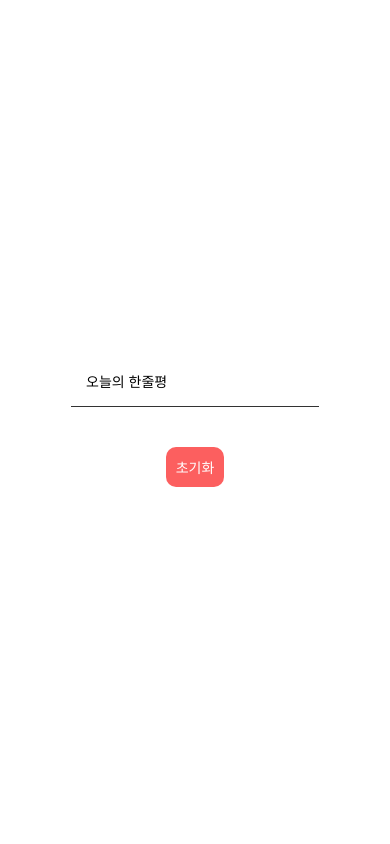
Repository: GoodHoneyCake/toy_project
Page: /
The author's editor kept a copy of each file at every save. The page is drawn from the files as they stood at one save, then again after the next save.
The browser window is 390 px wide. The pictures show the whole page.
The app was drawn by React Native's web renderer in a window 390 px wide. The project was rebuilt for these pictures with package versions that can differ from the ones it lists, and the page was loaded fresh each time.

Above is the page before, as saved 2021-02-05 15:36:26.

### App.js
import React from "react";
import {
  StyleSheet,
  Text,
  View,
  TextInput,
  TouchableOpacity,
} from "react-native";
import AsyncStorage from "@react-native-async-storage/async-storage";

const STORAGE_KEY = "@save_name";

class App extends React.Component {
  state = {
    text: "",
    name: "",
  };

  componentDidMount() {
    this.retrieveData();
  }

  retrieveData = async () => {
    try {
      const name = await AsyncStorage.getItem(STORAGE_KEY);

      if (name !== null) {
        this.setState({ name });
      }
    } catch (e) {
      alert("Failed to load name.");
    }
  };

  save = async (name) => {
    try {
      await AsyncStorage.setItem(STORAGE_KEY, name);
      this.setState({ name });
    } catch (e) {
      alert("Failed to save name.");
    }
  };

  removeEverything = async () => {
    try {
      await AsyncStorage.clear();
      alert("재접속 하면 데이터 초기화 완료♥️");
    } catch (e) {
      alert("Failed to clear the async storage.");
    }
  };

  onChangeText = (text) => this.setState({ text });

  onSubmitEditing = () => {
    const onSave = this.save;
    const { text } = this.state;

    if (!text) return;

    onSave(text);
    this.setState({ text: "" });
  };

  render() {
    const { text, name } = this.state;
    return (
      <View style={styles.container}>
        <TextInput
          style={styles.input}
          value={text}
          placeholder="오늘의 한줄평"
          onChangeText={this.onChangeText}
          onSubmitEditing={this.onSubmitEditing}
        />
        <Text style={styles.text}>{name}</Text>
        <TouchableOpacity onPress={this.removeEverything} style={styles.button}>
          <Text style={styles.buttonText}>초기화</Text>
        </TouchableOpacity>
      </View>
    );
  }
}

const styles = StyleSheet.create({
  container: {
    flex: 1,
    backgroundColor: "#fff",
    alignItems: "center",
    justifyContent: "center",
  },
  text: {
    fontSize: 20,
    padding: 10,
    backgroundColor: "#fff",
  },
  input: {
    padding: 15,
    height: 50,
    borderBottomWidth: 1,
    borderBottomColor: "#333",
    margin: 10,
  },
  button: {
    margin: 10,
    padding: 10,
    borderRadius: 10,
    backgroundColor: "#fc5f5f",
  },
  buttonText: {
    fontSize: 14,
    color: "#fff",
  },
});

export default App;

After the next save:
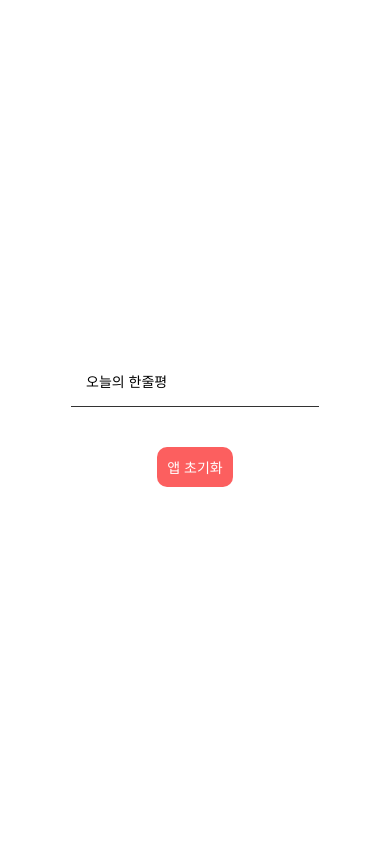
Saved 75 s later.
--- a/App.js
+++ b/App.js
@@ -44,7 +44,7 @@
   removeEverything = async () => {
     try {
       await AsyncStorage.clear();
-      alert("재접속 하면 데이터 초기화 완료♥️");
+      alert("재접속 하면 앱 초기화 완료♥️");
     } catch (e) {
       alert("Failed to clear the async storage.");
     }
@@ -75,7 +75,7 @@
         />
         <Text style={styles.text}>{name}</Text>
         <TouchableOpacity onPress={this.removeEverything} style={styles.button}>
-          <Text style={styles.buttonText}>초기화</Text>
+          <Text style={styles.buttonText}>앱 초기화</Text>
         </TouchableOpacity>
       </View>
     );

After the save that followed:
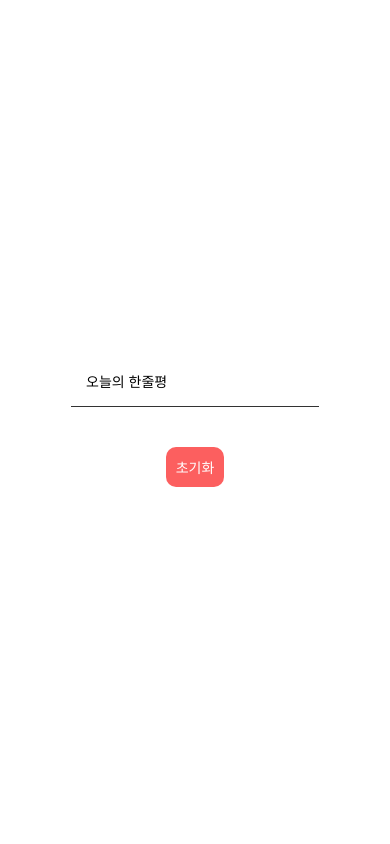
Saved 41 s later.
--- a/App.js
+++ b/App.js
@@ -75,7 +75,7 @@
         />
         <Text style={styles.text}>{name}</Text>
         <TouchableOpacity onPress={this.removeEverything} style={styles.button}>
-          <Text style={styles.buttonText}>앱 초기화</Text>
+          <Text style={styles.buttonText}>초기화</Text>
         </TouchableOpacity>
       </View>
     );
